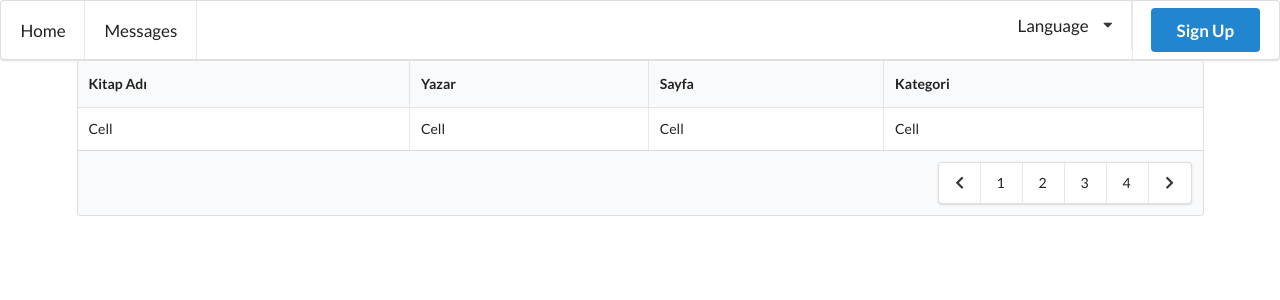
Repository: rizacantire/libraryReact
Page: /
These files come from the project's save history. The page is drawn as it stood at one moment and after the next save; the edit follows.
The browser window is 1280 px wide. The pictures show the whole page.
The project was rebuilt for these pictures with package versions that can differ from the ones it lists, and the page was loaded fresh each time.

Above is the page before, as saved 2021-08-09 01:19:54.

After the next save:
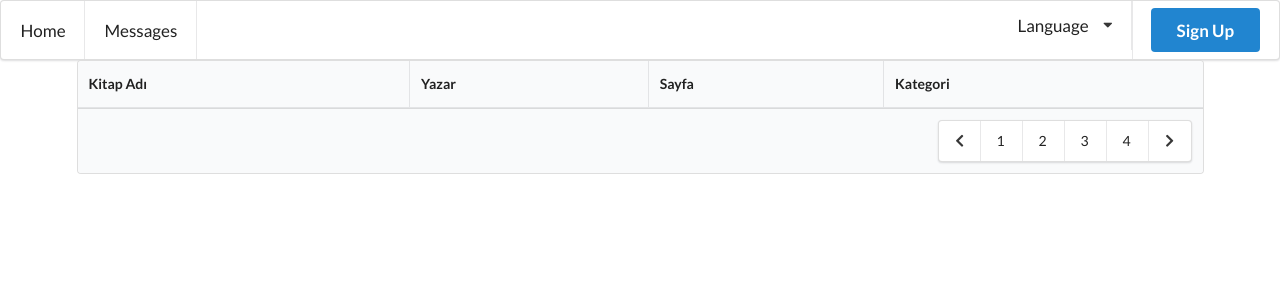
Saved 2 min 5 s later.
--- a/src/pages/BookList.jsx
+++ b/src/pages/BookList.jsx
@@ -16,13 +16,17 @@ export default function BookList() {
         </Table.Header>
 
         <Table.Body>
-
-          <Table.Row>
-            <Table.Cell>Cell</Table.Cell>
+          {
+            books.map(book=>(
+              <Table.Row>
+            <Table.Cell>b</Table.Cell>
             <Table.Cell>Cell</Table.Cell>
             <Table.Cell>Cell</Table.Cell>
             <Table.Cell>Cell</Table.Cell>
           </Table.Row>
+            ))
+          }
+
         </Table.Body>
 
         <Table.Footer>
